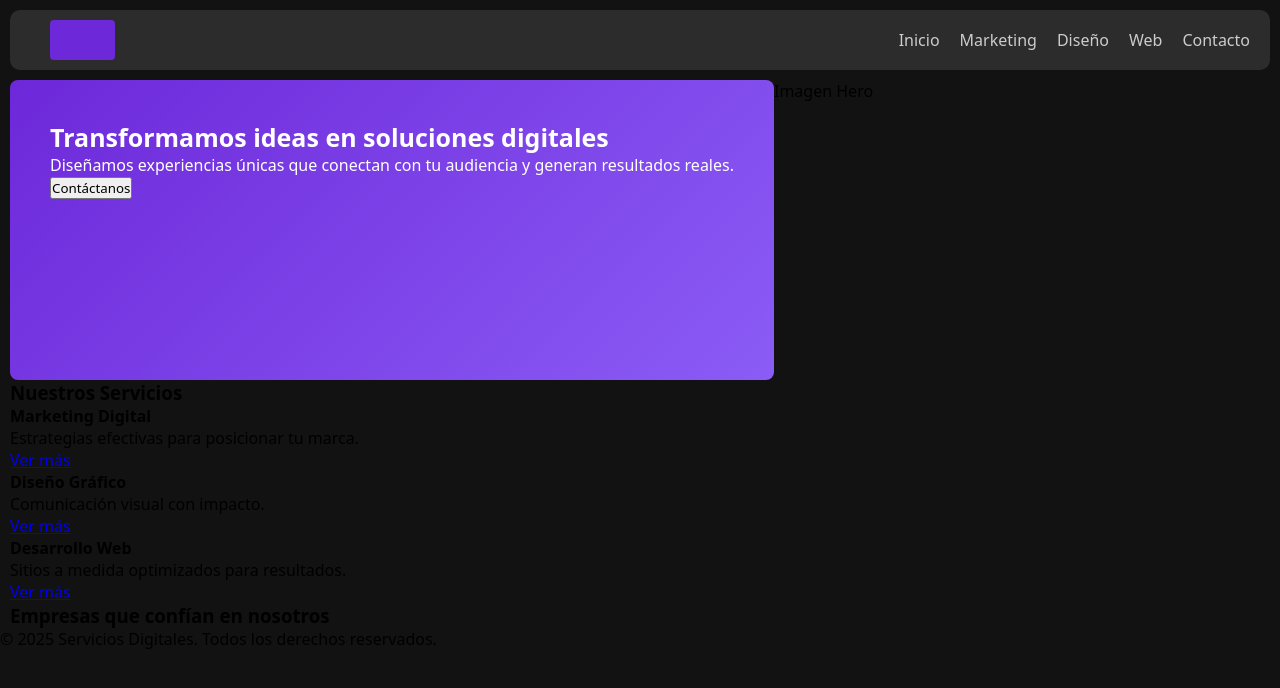
Repository: santinogarrone/TrabajoAgustin
Page: html/index.html
The author's editor kept a copy of each file at every save. The page is drawn from the files as they stood at one save, then again after a run of saves.
The browser window is 1280 px wide. The pictures show the whole page.

Above is the page before, as saved 2025-05-02 12:09:57.

### html/index.html
<!DOCTYPE html>
<html lang="en">
<head>
    <meta charset="UTF-8">
    <meta name="viewport" content="width=device-width, initial-scale=1.0">
    <link rel="stylesheet" href="../css/style.css">
    <title>Página de Agustin</title>
</head>
<body>

    <header>
        <nav class="nav-bar">
            <div class="cuadrado-violeta">

            </div>


            <ul class="nav-list">
                <li class="nav-item"><a href="">Inicio</a></li>
                <li class="nav-item"><a href="">Marketing</a></li>
                <li class="nav-item"><a href="">Diseño</a></li>
                <li class="nav-item"><a href="">Web</a></li>
                <li class="nav-item"><a href="">Contacto</a></li>
            </ul>

            <button class="menu-icon" aria-label="menu">
                <span class="menu-line"></span>
                <span class="menu-line"></span>
                <span class="menu-line"></span>
            </button>
        </nav>
    </header>
        <main>

            <section class="main-contact">
                <div class="contacto">
                    <h2 class="tit-contacto">Transformamos ideas en soluciones digitales</h2>
                    <p class="explicacion">Diseñamos experiencias únicas que conectan con tu audiencia y generan resultados reales.</p>

                    <button class="boton-contactar" onclick="location.href='../html/contacto.html'">
                        Contáctanos
                    </button>
                </div>

                <div class="img-hero">
                    Imagen Hero
                </div>
            </section>

            <section class="servicios">
                <h3>Nuestros Servicios</h3>

                <div class="card">
                    <h4>Marketing Digital</h4>
                    <p>Estrategias efectivas para posicionar tu marca.</p>
                    <a href="../html/marketing.html">Ver más</a>
                </div>

                <div class="card">
                    <h4>Diseño Gráfico</h4>
                    <p>Comunicación visual con impacto.</p>
                    <a href="#">Ver más</a>
                </div>

                <div class="card">
                    <h4>Desarrollo Web</h4>
                    <p>Sitios a medida optimizados para resultados.</p>
                    <a href="#">Ver más</a>
                </div>

            </section>

            <section class="empresas">
                <h3>Empresas que confían en nosotros</h3>
                <article class="logos">
                    <div class="logo"></div>
                    <div class="logo"></div>
                    <div class="logo"></div>
                    <div class="logo"></div>
                </article>

            </section>

        </main>

    <footer>
        <div class="ftr">
            <p>&copy; 2025 Servicios Digitales. Todos los derechos reservados.</p>
        </div>
    </footer>
</body>
</html>

### css/style.css
@import url(./global.css);

*{
    margin: 0;
    padding: 0;
    box-sizing: border-box;
    font-family: var(--font-family);
}


body{
    background-color: var(--fondo-color);
    height: 100%;
}
main{
    margin: 0 10px;
}

header{
    padding: 10px;
}
.cuadrado-violeta{
    display: block;
    width: 65px;
    height: 40px;
    background-color: var(--primary-color-original);
    border-radius: 4px;
    margin-left: 20px;
}


.nav-bar {
    display: flex;
    align-items: center;
    justify-content: space-between;
    background-color: #2c2c2c;
    padding: 10px 20px;
    border-radius: 10px;
    position: relative;
  }

  .menu-icon {
    display: none;
  }

  .menu-line {
    height: 4px;
    background-color: white;
    border-radius: 2px;
    width: 100%;
  }

  .nav-list {
    display: flex;
    gap: 20px;
    list-style: none;
    margin: 0;
    padding: 0;
  }

  .nav-item a {
    color: #ccc;
    text-decoration: none;
  }

  .main-contact{
    display: flex;
  }
  .main-contact .contacto{
    background: var(--primary-color-gradient);
    border-radius: 8px;
    color: var(--texto-color);
    padding: 40px;
    max-width: 900px;
    height: 300px;
    flex-direction: column;
  }

  .tit-contacto{
    font-size: 25px;
  }

@media (375px >= width) {

    .hero-img{
        display: none;
    }
    .hero-texto p{
        display: none;
    }
    body{
        background-color: var(--fondo-color);
        height: 100%;
    }

    header{
        background-color: var(--superficie-dos);
        position: sticky;
        top: 0;
        margin: 0;
        border-radius: 0;
    }

    main{
        margin: 0px;
    }
    .explicacion{
        display: none;
    }

    .nav-list{
        display: none;
    }

    .img-hero{
        display: none;
    }
    .cuadrado-violeta{
        display: block;
        width: 65px;
        height: 40px;
        background-color: var(--primary-color-original);
        border-radius: 4px;
        margin-left: 20px;
    }

    .menu-icon{
        width: 30px;
        height: 30px;
        background: transparent;
        display: flex;
        flex-direction: column;
        gap: 4px;
        height: fit-content;
        border: none;
    }

    .menu-line{
        width: 100%;
        height: 4px;
        background-color: var(--texto-color);
        border: none;
        border-radius: 4px;

    }

    .nav-bar{
        display: flex;
        justify-content: space-between;
        align-items: center;
        padding: 5px 16px;
    }


    .main-contact{
        display: flex;
        padding: 24px;
        justify-content: center;
        align-items: center;
    }

    .contacto{
        display: block;
        padding: 34px;
        background: var(--primary-color-gradient);
        border-radius: 10px;
        color: var(--texto-color);
        height: auto;
        font-size: 12px;
    }

    .contacto .tit-contacto{
        text-align: center;
        align-items: center;
        font-weight: bold;
        margin-top: 30px;
    }

    .boton-contactar{
        display: block;
        margin: 0 auto;
        margin-bottom: 20px;
        margin-top: 12px;
        padding: 5px 20px;
        color: var(--primary-claro);
        background-color: var(--fondo-color);
        border-radius: 6px;
        cursor: pointer;
    }

    .servicios{
        display: flex;
        flex-direction: column;
        margin: 0 20px;
    }

    .servicios h3{
        color: var(--texto-color);
    }

    .card{
        margin-top: 5px;
        align-items: center;
        justify-content: center;
        background-color: var(--superficie-dos);
        border-radius: 8px;
        padding: 12px;
        margin-bottom: 15px;
    }

    .card h4{
        color: var(--texto-color);
    }

    .card p{
        color: var(--texto-secundario);
        padding-bottom: 20px;
    }

    .card a{
        display: inline-block;
        margin-bottom: 20px;
        color: var(--texto-color);
        cursor: pointer;
    }

    .empresas{
        display: flex;
        flex-direction: column;
        align-items: flex-start;
        margin-left: 20px;
    }

    .empresas h3{
        color: var(--texto-color);
        margin-bottom: 1rem;
    }

    .logos{
        margin-top: 5px;
        width: 335px;
        display: flex;
        justify-content: center;
        align-items : center;
        gap: 5px;
        background-color: var(--superficie-dos);
        border-radius: 8px;
        padding: 20px;
        margin-bottom: 10px;
    }

    .logo{
        width: 60px;
        height: 30px;
        background-color: #444444;
        border-radius: 5px;
    }

    .ftr{
        background-color: var(--superficie-dos);
        border-radius: 8px;
        text-align: center;
        margin: 15px 10px;
        padding: 16px;
        color: var(--texto-secundario);
    }
}

### css/global.css
:root{
    --primary-color-gradient : linear-gradient(135deg, #6D28D9, #8B5CF6);
    --primary-color-original : #6D28D9;
    --primary-claro : #8b5cf6;
    --secundary-color : #10b981;
    --acento-color : #f5930b;
    --fondo-color : #121212;
    --superficie-color : #1e1e1e;
    --superficie-dos : #2d2d2d;
    --texto-secundario : #A0A0A0;

    --texto-color : #fff;
    --font-family : 'system-ui'
}

After the next 2 saves:
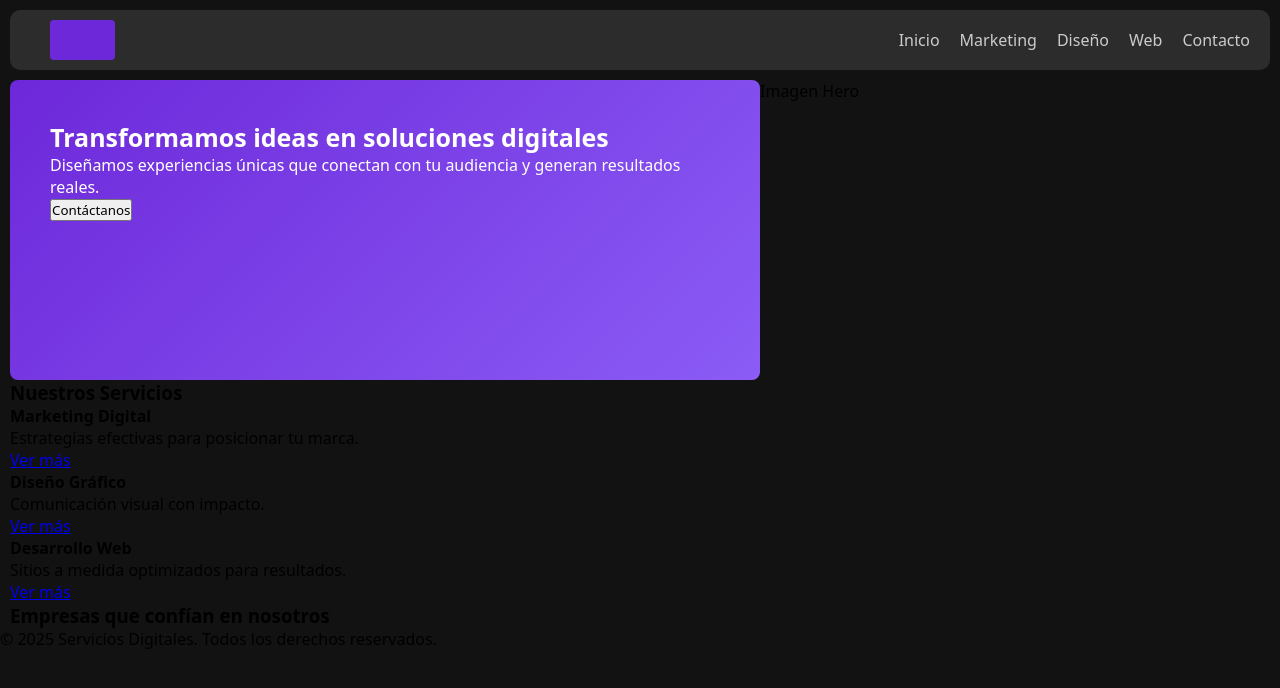
The 2 saves are shown as one change because they came seconds apart.
The last was saved 8 s later.
--- a/css/style.css
+++ b/css/style.css
@@ -71,7 +71,7 @@ header{
     border-radius: 8px;
     color: var(--texto-color);
     padding: 40px;
-    max-width: 900px;
+    max-width: 750px;
     height: 300px;
     flex-direction: column;
   }
